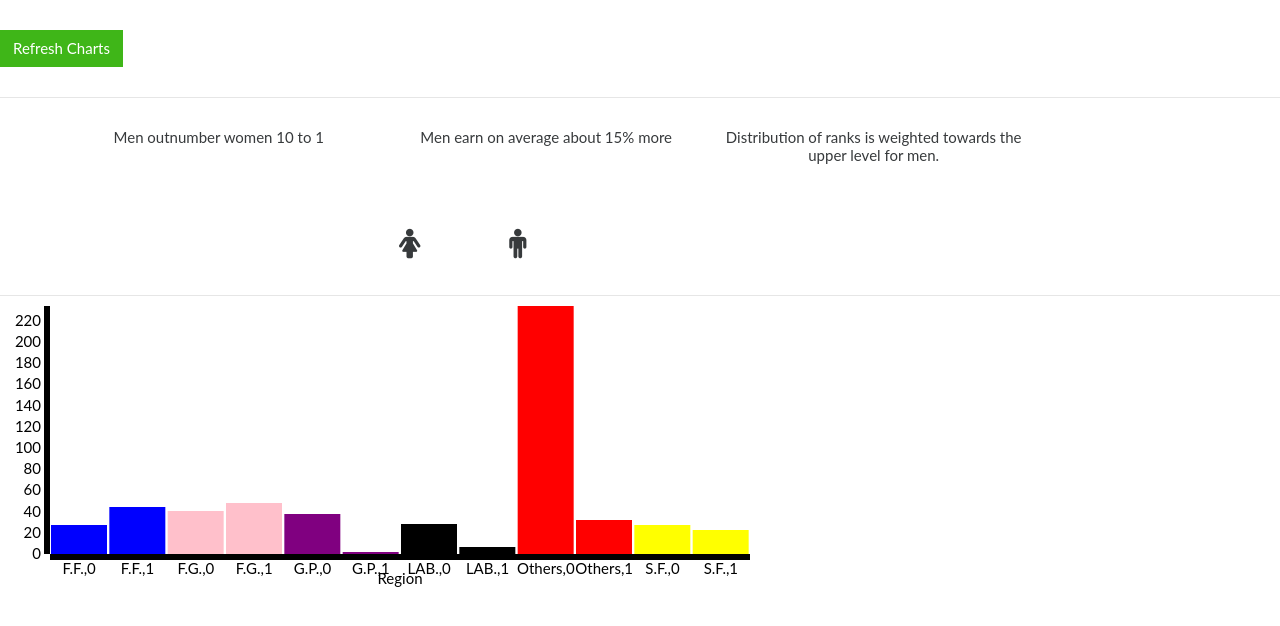
Repository: pauldardis/project-2-test
Page: index.1.html
The author's editor kept a record of every edit. The page is drawn from the files as they stood at one moment, then again after the next edit.
The browser window is 1280 px wide. The pictures show the whole page.

Above is the page before.

After the next edit:
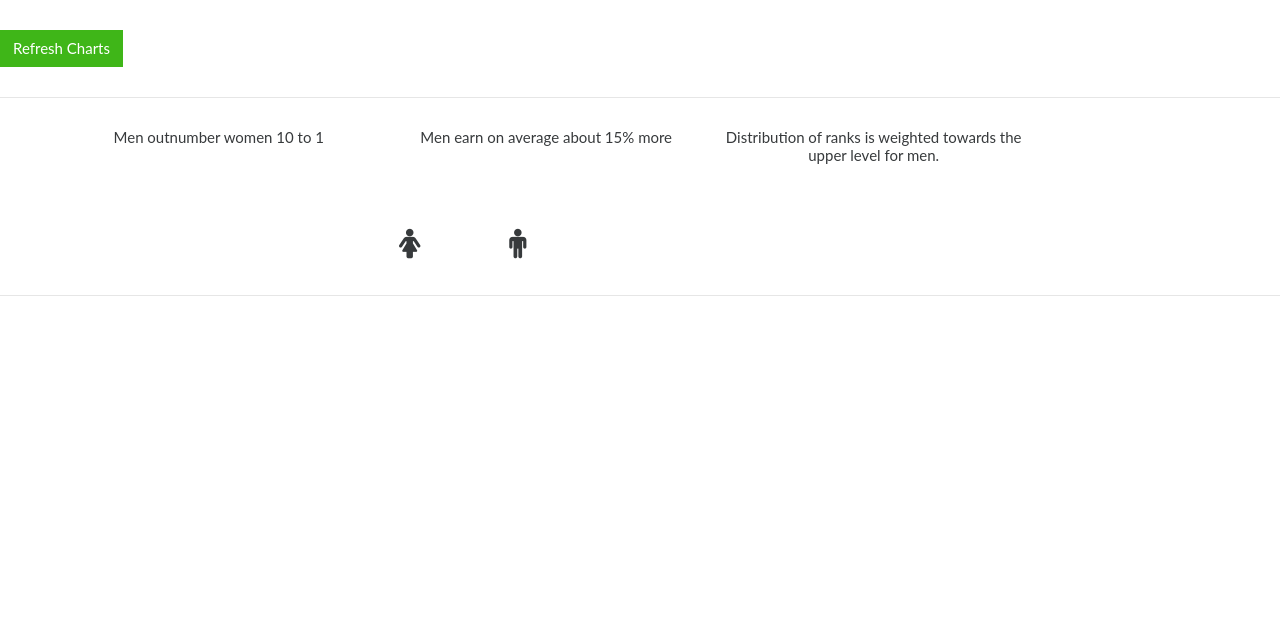
Console error: ReferenceError: genderColors is not defined
The edit:
--- a/assets/js/graps.1.js
+++ b/assets/js/graps.1.js
@@ -30,9 +30,9 @@
 
 function candidate_graphs_v2(ndx) {
 
-    var genderColors = d3.scale.ordinal()
-        .domain(["F.G.", "F.F.", "Others", "S.F.", "LAB.", "G.P."])
-        .range(["pink", "blue", "red", "yellow", "black", "purple"]);
+    // var genderColors = d3.scale.ordinal()
+    //     .domain(["F.G.", "F.F.", "Others", "S.F.", "LAB.", "G.P."])
+    //     .range(["pink", "blue", "red", "yellow", "black", "purple"]);
 
     var dim = ndx.dimension(dc.pluck('Party_Abbreviation'));
     var group = dim.group().reduceSum(dc.pluck('Seat'));

After the 4 edits that followed:
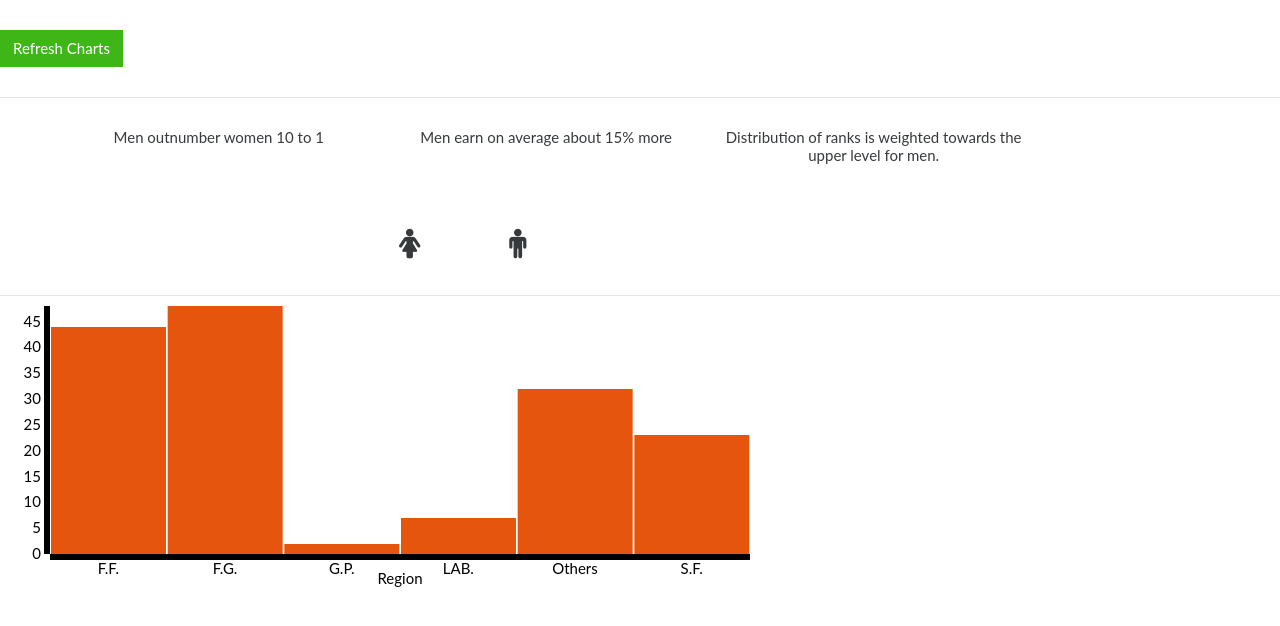
The error is gone.
The 4 edits are shown as one change because 3 left the picture as it was.
The edit:
--- a/assets/js/graps.1.js
+++ b/assets/js/graps.1.js
@@ -38,12 +38,12 @@
     var group = dim.group().reduceSum(dc.pluck('Seat'));
 
 
-    var party_color = ndx.dimension(function(d) {
-        return [d.Party_Abbreviation, d.Seat];
-    });
+    // var party_color = ndx.dimension(function(d) {
+    //     return [d.Party_Abbreviation, d.Seat];
+    // });
       console.log(group.all());
 
-    var partyGroup = party_color.group();
+    // var partyGroup = party_color.group();
 
     console.log(group.all());
 
@@ -53,12 +53,13 @@
         .width(800)
         .height(300)
         .margins({ top: 10, right: 50, bottom: 30, left: 50 })
-        .dimension(party_color)
-        .colorAccessor(function(d) {
-            return d.key[0];
-        })
-        .colors(genderColors)
-        .group(partyGroup)
+        .dimension(dim)
+        // .colorAccessor(function(d) {
+        //     return d.key[0];
+        // })
+        // .colors(genderColors)
+        .group(group)
+        .colors(d3.scale.ordinal().range(["#e6550e", "#fd8c3d", "#3182bc", "#fd8c3d", "#fd8c3d", "#fd8c3d", "#fd8c3d"]))
         .x(d3.scale.ordinal())
         .xUnits(dc.units.ordinal)
         .elasticY(true)
